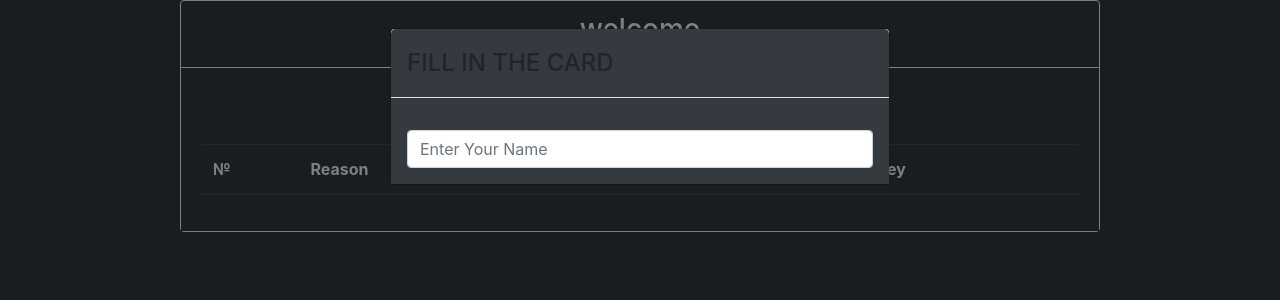
Repository: surefaceJS/allMyWorkInaliLinux
Page: hardcha/index.html
The author's editor kept a copy of each file at every save. The page is drawn from the files as they stood at one save, then again after a run of saves.
The browser window is 1280 px wide. The pictures show the whole page.

Above is the page before, as saved 2021-04-19 12:30:37.

### hardcha/index.html
<!DOCTYPE html>
<html lang="en">

<head>
    <meta charset="UTF-8">
    <meta http-equiv="X-UA-Compatible" content="IE=edge">
    <meta name="viewport" content="width=device-width, initial-scale=1.0">
    <title>ReadyWebPage</title>
    <link rel="stylesheet" href="css/bootstrap.css">
    <link rel="stylesheet" href="fontawesome-free-5.15.2-web/css/all.min.css">
    <link rel="stylesheet" href="css/main.css">
</head>

<body class="bg-dark">


    <div class="container">



        <!-- The Modal -->
        <div class="modal" id="myModal">
            <div class="modal-dialog">
                <div class="modal-content ">

                    <!-- Modal Header -->
                    <div class="modal-header bg-dark ">
                        <h4 class="modal-title text-whitetext-center text-uppercase">Fill in the card</h4>

                    </div>

                    <!-- Modal body -->
                    <div class="modal-body bg-dark">
                        <input type="text" class="form-control mt-3" id="userName" placeholder="Enter Your Name">
                    </div>

                </div>
            </div>
        </div>

        <div class="row">
            <div class="col-10 m-auto">
                <div class="card border-white">

                    <div class="card-header border-white bg-dark text-white text-center">
                        <h3>welcome <span id="pushName"></span> </h3>
                    </div>
                    <div class="card-body bg bg-dark">
                        <h1 class="text-danger text-center text-uppercase font-intel-bold" id="pushMonay"><span class="text-white">$</span></h1>

                        <table class="table table-dark table-hover table-striped">
                            <thead>
                                <tr>
                                    <th>№</th>
                                    <th>Reason</th>
                                    <th>Spend Money</th>
                                    <th>Type Money</th>
                                </tr>
                            </thead>
                            <tbody id="result"></tbody>
                        </table>
                    </div>

                </div>
            </div>
        </div>
    </div>

    <script src="js/jquery-3.3.1.slim.min.js"></script>
    <script src="js/popper.min.js"></script>
    <script src="js/bootstrap.js"></script>
    <script src="js/app.js"></script>
</body>

### hardcha/css/main.css
/*********************  FONTS STYLE *************************/
@font-face {
  font-family: "Inter-Bold";
  src: url("../asssets/fonts/Inter/Inter-Bold.ttf") format("truetype"); }
@font-face {
  font-family: "Inter-Regular";
  src: url("../asssets/fonts/Inter/Inter-Regular.ttf") format("truetype"); }
@font-face {
  font-family: "Inter-Light";
  src: url("../asssets/fonts/Inter/Inter-Light.ttf") format("truetype"); }
@font-face {
  font-family: "Inter-SemiBold";
  src: url("../asssets/fonts/Inter/Inter-SemiBold.ttf") format("truetype"); }
.font-intel-bold {
  font-family: "Inter-Bold", sans-serif; }

.font-intel-regular {
  font-family: "Inter-Regular", sans-serif; }

.font-intel-light {
  font-family: "Inter-Light", sans-serif; }

.font-inter-semi-bold {
  font-family: "Inter-SemiBold", sans-serif; }

/*# sourceMappingURL=main.css.map */

### hardcha/js/app.js
$(document).ready(function() {
    $('#myModal').modal('show');
});

Loaded but not shown: hardcha/css/bootstrap.css (library); hardcha/fontawesome-free-5.15.2-web/css/all.min.css (library); hardcha/js/jquery-3.3.1.slim.min.js (library); hardcha/js/popper.min.js (library); hardcha/js/bootstrap.js (library)

After the next 3 saves:
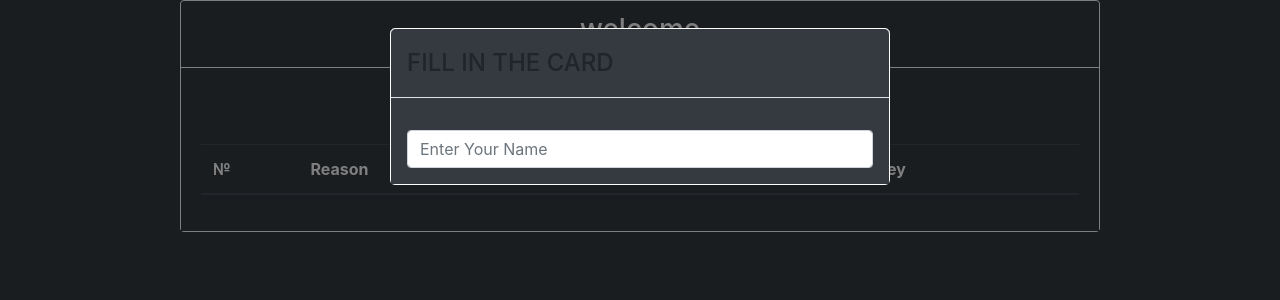
The 3 saves are shown as one change because they came seconds apart.
The last was saved 9 s later.
--- a/hardcha/index.html
+++ b/hardcha/index.html
@@ -21,7 +21,7 @@
         <!-- The Modal -->
         <div class="modal" id="myModal">
             <div class="modal-dialog">
-                <div class="modal-content ">
+                <div class="modal-content border-white">
 
                     <!-- Modal Header -->
                     <div class="modal-header bg-dark ">
